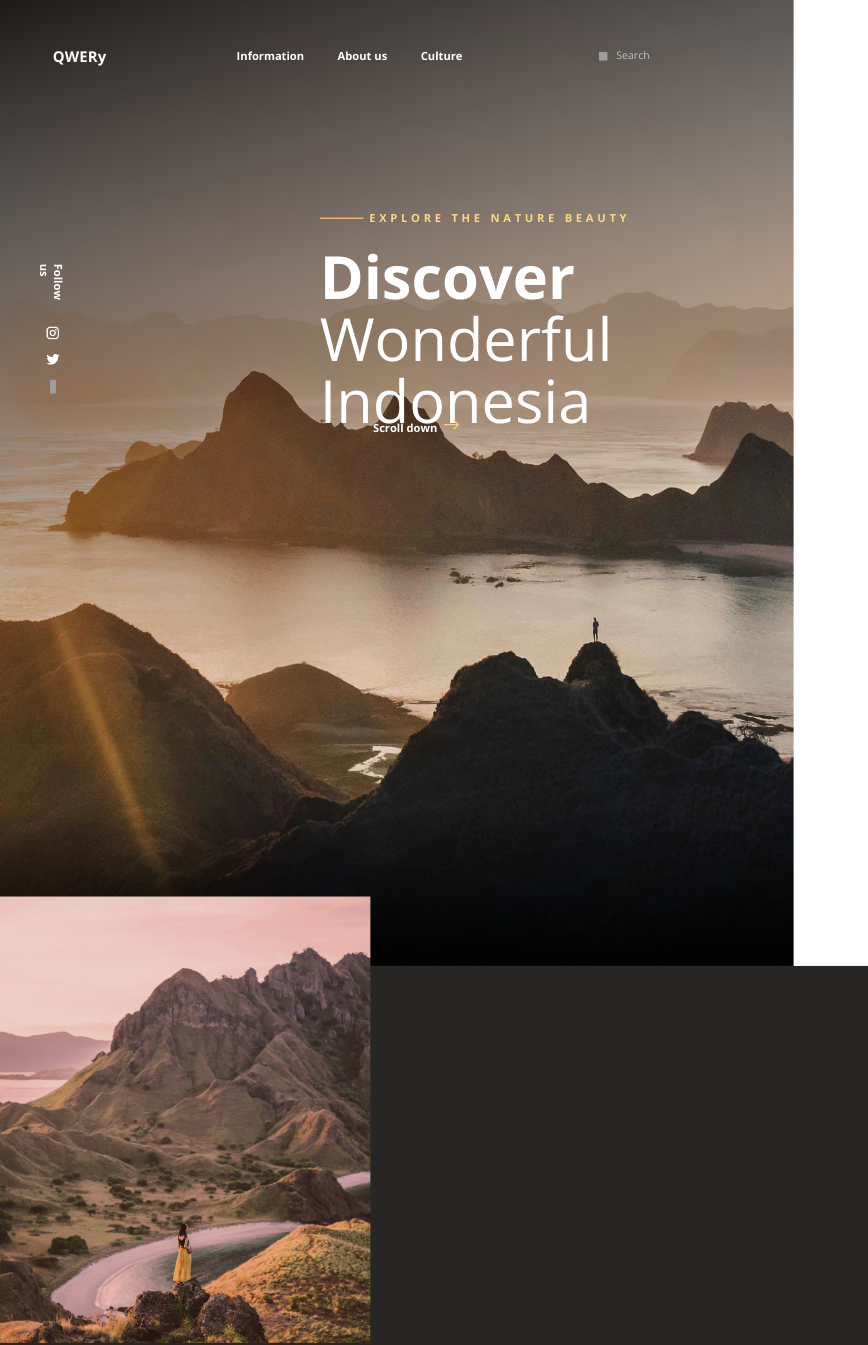
Repository: AndreyMykulych/user_home_work_Mykulych
Page: 6/index.html
These files come from the project's save history. The page is drawn as it stood at one moment and after the next save; the edit follows.
The browser window is 1280 px wide. The page is 1400 px wide, so the pictures cover 1400 px, including what lies to the right of the window. The pictures show the whole page, at 62% of full size.
Pictures or frames that could not be fetched are drawn as grey boxes.

Above is the page before, as saved 2023-03-10 16:36:27.

### 6/index.html
<!DOCTYPE html>
<html lang="en">
<head>
    <meta charset="UTF-8">
    <meta http-equiv="X-UA-Compatible" content="IE=edge">
    <meta name="viewport" content="width=device-width, initial-scale=1.0">
    <title>Document</title>
    <link rel="stylesheet" href="style/normalize.css">
    <link rel="stylesheet" href="style/style.css">
    <link rel="preconnect" href="https://fonts.googleapis.com">
<link rel="preconnect" href="https://fonts.gstatic.com" crossorigin>
<link href="https://fonts.googleapis.com/css2?family=Cinzel&family=Roboto:wght@300;400&family=Zilla+Slab:wght@300&display=swap" rel="stylesheet">
<link rel="preconnect" href="https://fonts.googleapis.com">
<link rel="preconnect" href="https://fonts.gstatic.com" crossorigin>
<link href="https://fonts.googleapis.com/css2?family=Cinzel&family=Open+Sans:wght@700&family=Roboto:wght@300;400&family=Zilla+Slab:wght@300&display=swap" rel="stylesheet">
<link rel="preconnect" href="https://fonts.googleapis.com">
<link rel="preconnect" href="https://fonts.gstatic.com" crossorigin>
<link href="https://fonts.googleapis.com/css2?family=Cinzel&family=Open+Sans:ital,wght@0,700;1,600&family=Roboto:wght@300;400&family=Zilla+Slab:wght@300&display=swap" rel="stylesheet">
<link rel="preconnect" href="https://fonts.googleapis.com">
<link rel="preconnect" href="https://fonts.gstatic.com" crossorigin>
<link href="https://fonts.googleapis.com/css2?family=Cinzel&family=Open+Sans:ital,wght@0,300;0,700;1,600&family=Roboto:wght@300;400&family=Zilla+Slab:wght@300&display=swap" rel="stylesheet">
</head>
<body>

           <div class="first-block">
               <header class="head">
                   <h1>QWERy</h1>
                   <div class="menu">
                   <ul>
                       <li><a href="#">Information</a></li>
                       <li><a href="#">About us</a></li>
                       <li><a href="#">Culture</a></li>
                   </ul>
                </div>
                <div class="search_btn">
                    <img src="img/search.png" alt="search">
                    <input type="search" placeholder="Search">
                </div>
               </header>
               <section1>
                   <div class="leftbar">
                       <p>Follow us</p>
                       <img class="inst" src="img/Inst.png" alt="Inst">
                       <img class="twit" src="img/twit.png" alt="twit">
                       <img class="fb"   src="img/fb.png"   alt="fb">
                   </div>
                   <div class="discover">
                       <!-- <img src="img/line.png" alt="line"> -->
                       <p class="Explore">Explore the Nature Beauty</p>
                       <h1>Discover</h1>
                       <h2>Wonderful Indonesia</h2>
                   </div>
               </section1>
               <div class="scroll_down">
                <p>Scroll down</p>
            </div>
           </div>
 <div class="all_content">
               <div class="second_content">
                <img  class="east_photo" src="img/firstphoto.png" alt="">
               </div>
</div>

</body>
</html>

### 6/style/style.css
*{
    box-sizing: border-box;
}
:root{
    --orange-color:rgba(251, 215, 132, 1);
    --black-color:#282624;
}
.first-block{

    height: 1558px;
    padding: 0;
    margin-top: 0;
    background-image: url("../img/firstbg.png");
  background-repeat: no-repeat;
  background-size: auto;

}

.head {
    display: flex;
    margin: 0px 84px 0px 85px;
    padding-top: 58px;
    justify-content: space-between;
    align-items: center;
}
.head h1{
    font-family: 'Open Sans';
font-style: normal;
font-weight: 700;
font-size: 24px;
line-height: 33px;
letter-spacing: 0.01em;
text-transform: capitalize;
color: #FFFFFF;
}
ul li{
    list-style: none;
    display: inline-block;
    padding-right: 50px;

}
ul li a{
    font-family: 'Open Sans';
font-style: normal;
font-weight: 600;
font-size: 18px;
line-height: 25px;
color: #FFFFFF;
}
a{
    text-decoration: none;
}
.search_btn{
    display: flex;
    justify-content: space-between;
   width: 230px;
   align-items: center;
}
.search_btn img{
    width: 14px;
    height: 14px;
}
.search_btn input {
    background: transparent;
    border: none;

}
.search_btn ::placeholder {

font-family: 'Open Sans';
font-style: normal;
font-weight: 400;
font-size: 17px;
line-height: 23px;

color: #C0C0C0;
}
section1{
    display: flex;
    flex-direction: row;
    width: 100%;
  height: 230px;
  margin-top: 198px;
}
.leftbar p{
    font-size: 20px;
    transform: rotate(90deg);
}
.leftbar{
    width:90px;
    height: 250px;
    display: flex;
   flex-direction: column;
    height: 214px;
    align-items: center;
    margin-top: 100px;
     margin-left: 46px;
     justify-content: space-between;
}
.leftbar img{
    margin-left: 5px;
}
.leftbar .inst{
    width: 20px;
    height: auto;
}
.leftbar .fb{
    width: 11px;
    height: 23px;
}
.leftbar .twit{
    width: 20.92px;
    height: 17px;
}
.leftbar p{
    font-family: 'Open Sans';
font-style: normal;
font-weight: 600;
font-size: 18px;
line-height: 23px;
color: #FFFFFF;
transform: rotate(90deg);
}
.discover{
    margin-left: 396px;
    position: relative;
    margin-bottom: 0;
    padding-bottom: 0;
}
.discover p{

    display: flex;
    align-items: center;
    font-family: 'Open Sans';
font-style: normal;
font-weight: 700;
font-size: 18px;
line-height: 25px;
letter-spacing: 6px;
text-transform: uppercase;
color: var(--orange-color);
}

.discover p::before {
    content: "";
    display: block;
    width: 70px;
    height: 2px;
    background-image: url("../img/line.png");
    margin-right: 10px;
  }
.discover h1{
    font-family: 'Open Sans';
font-style: normal;
font-weight: 700;
font-size: 96px;
line-height: 100px;
text-transform: capitalize;
color: #FFFFFF;
flex: none;
order: 1;
flex-grow: 0;
margin-bottom: 0;
margin-top: 32px;
}
.discover h2{
    font-family: 'Open Sans';
    font-style: normal;
    font-weight: 300;
    font-size: 96px;
    line-height: 100px;
    color: #FFFFFF;
    text-transform: capitalize;
    margin:0;
}
.scroll_down{
    margin-left: 47%;
margin-top: 126px;
}
.scroll_down p{
    font-family: 'Open Sans';
font-style: normal;
font-weight: 600;
font-size: 18px;
line-height: 25px;
color: #FFFFFF;
}
.scroll_down p::after{
    position: absolute;
    display: inline-block;
    content: "";
    width: 100px;
    height: 40px;
    margin-left: 10px;
    background-image: url("../img/arrow_downward_24px.png");
    background-repeat: no-repeat;
}

.all_content{
    width: 100%;
    height: auto;
    background-color:
    rgba(0, 0, 0, 1);
}
.second_content{
    position: relative;
    margin: 0 auto;
    width: 1400px;
    background-color: var(--black-color);
}
.east_photo{
 margin-top: -8%;
}

Loaded but not shown: 6/style/normalize.css (library)

After the next save:
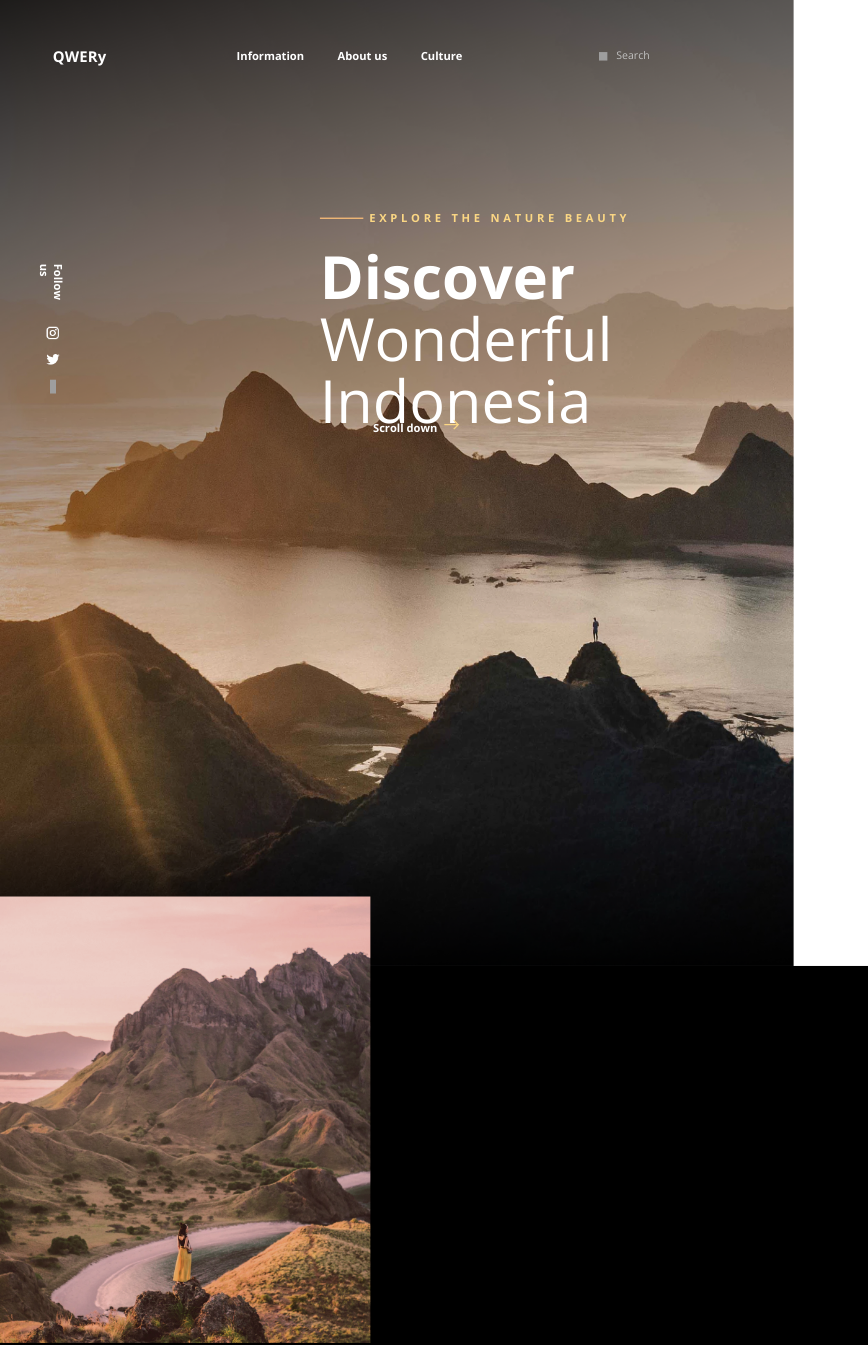
Saved 39 s later.
--- a/6/style/style.css
+++ b/6/style/style.css
@@ -3,7 +3,7 @@
 }
 :root{
     --orange-color:rgba(251, 215, 132, 1);
-    --black-color:#282624;
+    --black-color:rgba(0, 0, 0, 1)
 }
 .first-block{
 
